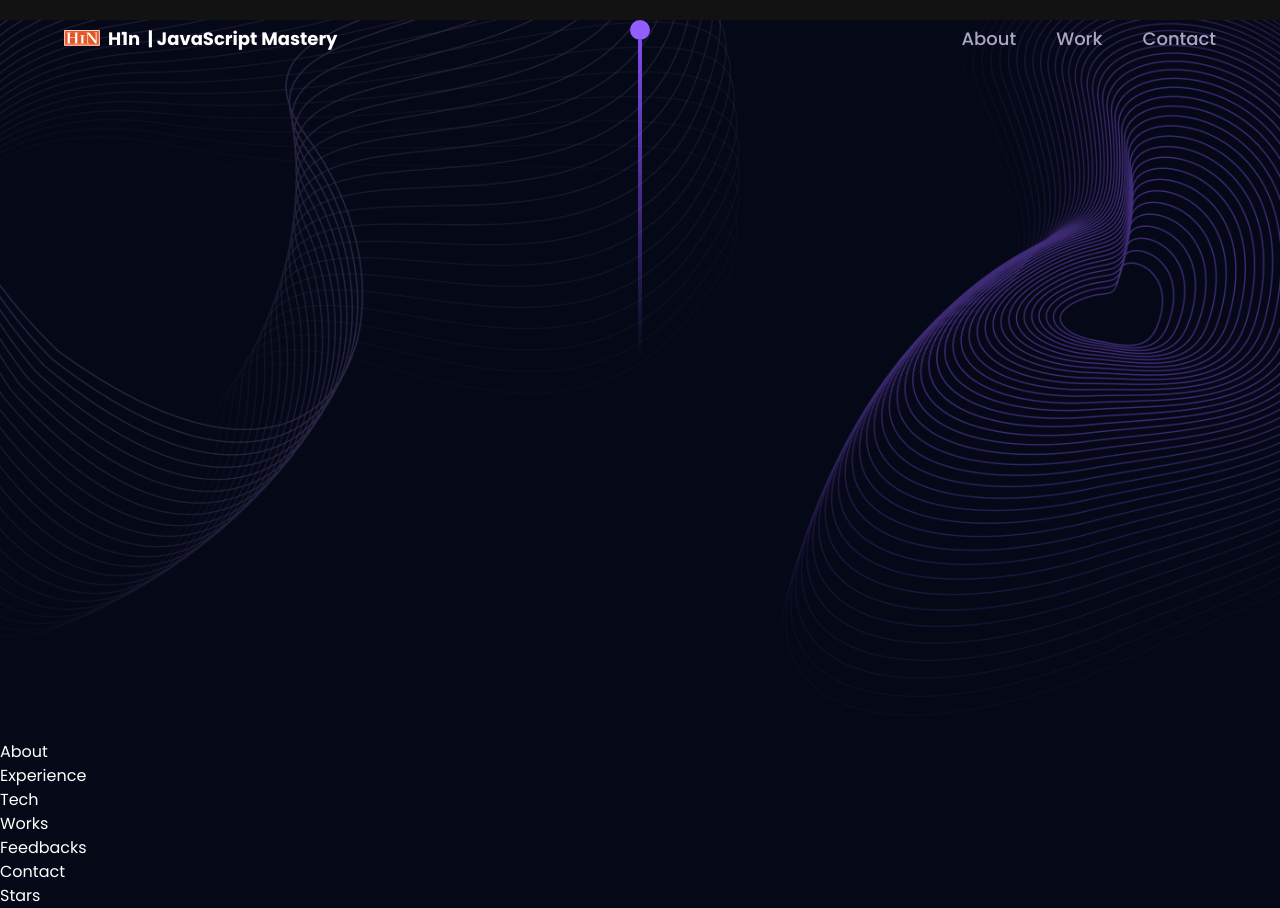
Repository: truonghuynhquy/3D_Portfolio
Page: /
These files come from the project's save history. The page is drawn as it stood at one moment and after the next save; the edit follows.
The browser window is 1280 px wide. The pictures show the whole page.
The project was rebuilt for these pictures with package versions that can differ from the ones it lists, and the page was loaded fresh each time. Also part of the build but not shown: vite.config.js, src/components/canvas/Earth.jsx, src/components/canvas/Ball.jsx, src/components/canvas/Computers.jsx. Imported but missing from the stored project, and not drawn on this page: src/components/hoc, src/components/styles, src/components/utils/motion.

Above is the page before, as saved 2023-04-09 00:46:26.

### index.html
<!DOCTYPE html>
<html lang="en">
  <head>
    <meta charset="UTF-8" />
    <link rel="icon" type="image/svg+xml" href="/src/assets/logo.svg" />
    <meta name="viewport" content="width=device-width, initial-scale=1.0" />
    <title>H1n | Portfolio</title>
  </head>
  <body>
    <div id="root"></div>
    <script type="module" src="/src/main.jsx"></script>
  </body>
</html>

### src/App.jsx
import { BrowserRouter } from "react-router-dom";

import {
    About,
    Contact,
    Experience,
    Feedbacks,
    Hero,
    Navbar,
    Tech,
    Works,
    StarsCanvas,
} from "./components";

const App = () => {
    return (
        <BrowserRouter>
            <div className="relative z-0 bg-primary">
                <div className="bg-hero-pattern bg-cover bg-no-repeat bg-center h-screen">
                    <Navbar />
                    <Hero />
                </div>
                <About />
                <Experience />
                <Tech />
                <Works />
                <Feedbacks />
                <div className="relative z-0">
                    <Contact />
                    <StarsCanvas />
                </div>
            </div>
        </BrowserRouter>
    );
};

export default App;

### src/index.css
@import url("https://fonts.googleapis.com/css2?family=Poppins:wght@100;200;300;400;500;600;700;800;900&display=swap");

@tailwind base;
@tailwind components;
@tailwind utilities;

* {
    margin: 0;
    padding: 0;
    box-sizing: border-box;
    font-family: "Poppins", sans-serif;
    scroll-behavior: smooth;
    color-scheme: dark;
}

.hash-span {
    margin-top: -100px;
    padding-bottom: 100px;
    display: block;
}

.black-gradient {
    background: #000000; /* fallback for old browsers */
    background: -webkit-linear-gradient(
        to right,
        #434343,
        #000000
    ); /* Chrome 10-25, Safari 5.1-6 */
    background: linear-gradient(
        to right,
        #434343,
        #000000
    ); /* W3C, IE 10+/ Edge, Firefox 16+, Chrome 26+, Opera 12+, Safari 7+ */
}

.violet-gradient {
    background: #804dee;
    background: linear-gradient(-90deg, #804dee 0%, rgba(60, 51, 80, 0) 100%);
    background: -webkit-linear-gradient(
        -90deg,
        #804dee 0%,
        rgba(60, 51, 80, 0) 100%
    );
}

.green-pink-gradient {
    background: "#00cea8";
    background: linear-gradient(90.13deg, #00cea8 1.9%, #bf61ff 97.5%);
    background: -webkit-linear-gradient(-90.13deg, #00cea8 1.9%, #bf61ff 97.5%);
}

.orange-text-gradient {
    background: #f12711; /* fallback for old browsers */
    background: -webkit-linear-gradient(
        to top,
        #f12711,
        #f5af19
    ); /* Chrome 10-25, Safari 5.1-6 */
    background: linear-gradient(
        to top,
        #f12711,
        #f5af19
    ); /* W3C, IE 10+/ Edge, Firefox 16+, Chrome 26+, Opera 12+, Safari 7+ */
    -webkit-background-clip: text;
    -webkit-text-fill-color: transparent;
}

.green-text-gradient {
    background: #11998e; /* fallback for old browsers */
    background: -webkit-linear-gradient(
        to top,
        #11998e,
        #38ef7d
    ); /* Chrome 10-25, Safari 5.1-6 */
    background: linear-gradient(
        to top,
        #11998e,
        #38ef7d
    ); /* W3C, IE 10+/ Edge, Firefox 16+, Chrome 26+, Opera 12+, Safari 7+ */
    -webkit-background-clip: text;
    -webkit-text-fill-color: transparent;
}

.blue-text-gradient {
    /* background: -webkit-linear-gradient(#eee, #333); */
    background: #56ccf2; /* fallback for old browsers */
    background: -webkit-linear-gradient(
        to top,
        #2f80ed,
        #56ccf2
    ); /* Chrome 10-25, Safari 5.1-6 */
    background: linear-gradient(
        to top,
        #2f80ed,
        #56ccf2
    ); /* W3C, IE 10+/ Edge, Firefox 16+, Chrome 26+, Opera 12+, Safari 7+ */
    -webkit-background-clip: text;
    -webkit-text-fill-color: transparent;
}

.pink-text-gradient {
    background: #ec008c; /* fallback for old browsers */
    background: -webkit-linear-gradient(
        to top,
        #ec008c,
        #fc6767
    ); /* Chrome 10-25, Safari 5.1-6 */
    background: linear-gradient(
        to top,
        #ec008c,
        #fc6767
    ); /* W3C, IE 10+/ Edge, Firefox 16+, Chrome 26+, Opera 12+, Safari 7+ */
    -webkit-background-clip: text;
    -webkit-text-fill-color: transparent;
}

/* canvas- styles */
.canvas-loader {
    font-size: 10px;
    width: 1em;
    height: 1em;
    border-radius: 50%;
    position: relative;
    text-indent: -9999em;
    animation: mulShdSpin 1.1s infinite ease;
    transform: translateZ(0);
}

@keyframes mulShdSpin {
    0%,
    100% {
        box-shadow: 0em -2.6em 0em 0em #ffffff,
            1.8em -1.8em 0 0em rgba(255, 255, 255, 0.2),
            2.5em 0em 0 0em rgba(255, 255, 255, 0.2),
            1.75em 1.75em 0 0em rgba(255, 255, 255, 0.2),
            0em 2.5em 0 0em rgba(255, 255, 255, 0.2),
            -1.8em 1.8em 0 0em rgba(255, 255, 255, 0.2),
            -2.6em 0em 0 0em rgba(255, 255, 255, 0.5),
            -1.8em -1.8em 0 0em rgba(255, 255, 255, 0.7);
    }
    12.5% {
        box-shadow: 0em -2.6em 0em 0em rgba(255, 255, 255, 0.7),
            1.8em -1.8em 0 0em #ffffff, 2.5em 0em 0 0em rgba(255, 255, 255, 0.2),
            1.75em 1.75em 0 0em rgba(255, 255, 255, 0.2),
            0em 2.5em 0 0em rgba(255, 255, 255, 0.2),
            -1.8em 1.8em 0 0em rgba(255, 255, 255, 0.2),
            -2.6em 0em 0 0em rgba(255, 255, 255, 0.2),
            -1.8em -1.8em 0 0em rgba(255, 255, 255, 0.5);
    }
    25% {
        box-shadow: 0em -2.6em 0em 0em rgba(255, 255, 255, 0.5),
            1.8em -1.8em 0 0em rgba(255, 255, 255, 0.7), 2.5em 0em 0 0em #ffffff,
            1.75em 1.75em 0 0em rgba(255, 255, 255, 0.2),
            0em 2.5em 0 0em rgba(255, 255, 255, 0.2),
            -1.8em 1.8em 0 0em rgba(255, 255, 255, 0.2),
            -2.6em 0em 0 0em rgba(255, 255, 255, 0.2),
            -1.8em -1.8em 0 0em rgba(255, 255, 255, 0.2);
    }
    37.5% {
        box-shadow: 0em -2.6em 0em 0em rgba(255, 255, 255, 0.2),
            1.8em -1.8em 0 0em rgba(255, 255, 255, 0.5),
            2.5em 0em 0 0em rgba(255, 255, 255, 0.7),
            1.75em 1.75em 0 0em #ffffff,
            0em 2.5em 0 0em rgba(255, 255, 255, 0.2),
            -1.8em 1.8em 0 0em rgba(255, 255, 255, 0.2),
            -2.6em 0em 0 0em rgba(255, 255, 255, 0.2),
            -1.8em -1.8em 0 0em rgba(255, 255, 255, 0.2);
    }
    50% {
        box-shadow: 0em -2.6em 0em 0em rgba(255, 255, 255, 0.2),
            1.8em -1.8em 0 0em rgba(255, 255, 255, 0.2),
            2.5em 0em 0 0em rgba(255, 255, 255, 0.5),
            1.75em 1.75em 0 0em rgba(255, 255, 255, 0.7),
            0em 2.5em 0 0em #ffffff, -1.8em 1.8em 0 0em rgba(255, 255, 255, 0.2),
            -2.6em 0em 0 0em rgba(255, 255, 255, 0.2),
            -1.8em -1.8em 0 0em rgba(255, 255, 255, 0.2);
    }
    62.5% {
        box-shadow: 0em -2.6em 0em 0em rgba(255, 255, 255, 0.2),
            1.8em -1.8em 0 0em rgba(255, 255, 255, 0.2),
            2.5em 0em 0 0em rgba(255, 255, 255, 0.2),
            1.75em 1.75em 0 0em rgba(255, 255, 255, 0.5),
            0em 2.5em 0 0em rgba(255, 255, 255, 0.7), -1.8em 1.8em 0 0em #ffffff,
            -2.6em 0em 0 0em rgba(255, 255, 255, 0.2),
            -1.8em -1.8em 0 0em rgba(255, 255, 255, 0.2);
    }
    75% {
        box-shadow: 0em -2.6em 0em 0em rgba(255, 255, 255, 0.2),
            1.8em -1.8em 0 0em rgba(255, 255, 255, 0.2),
            2.5em 0em 0 0em rgba(255, 255, 255, 0.2),
            1.75em 1.75em 0 0em rgba(255, 255, 255, 0.2),
            0em 2.5em 0 0em rgba(255, 255, 255, 0.5),
            -1.8em 1.8em 0 0em rgba(255, 255, 255, 0.7),
            -2.6em 0em 0 0em #ffffff,
            -1.8em -1.8em 0 0em rgba(255, 255, 255, 0.2);
    }
    87.5% {
        box-shadow: 0em -2.6em 0em 0em rgba(255, 255, 255, 0.2),
            1.8em -1.8em 0 0em rgba(255, 255, 255, 0.2),
            2.5em 0em 0 0em rgba(255, 255, 255, 0.2),
            1.75em 1.75em 0 0em rgba(255, 255, 255, 0.2),
            0em 2.5em 0 0em rgba(255, 255, 255, 0.2),
            -1.8em 1.8em 0 0em rgba(255, 255, 255, 0.5),
            -2.6em 0em 0 0em rgba(255, 255, 255, 0.7),
            -1.8em -1.8em 0 0em #ffffff;
    }
}

### src/components/Hero.jsx
import { motion } from "framer-motion";

import { styles } from "../styles";
import { ComputersCanvas } from "./canvas";

const Hero = () => {
    return (
        <section className={`relative w-full h-screen mx-auto`}>
            <div
                className={`absolute inset-0 top-[120px] max-w-7xl mx-auto ${styles.paddingX} flex flex-row items-start gap-5`}
            ></div>
            <div className="flex flex-col justify-center items-center mt-5">
                <div className="w-5 h-5 rounded-full bg-[#915EFF]" />
                <div className="w-1 sm:h-80 h-40 violet-gradient" />
            </div>

            <div>
                <h1 className={`${styles.heroHeadText} text-white`}></h1>
            </div>
        </section>
    );
};

export default Hero;

### src/components/Navbar.jsx
import React, { useEffect, useState } from "react";
import { Link } from "react-router-dom";

import { styles } from "../styles";
import { navLinks } from "../constants";
import { logo, menu, close } from "../assets";

const Navbar = () => {
    const [active, setActive] = useState("");
    const [toggle, setToggle] = useState(false);
    const [scrolled, setScrolled] = useState(false);

    useEffect(() => {
        const handleScroll = () => {
            const scrollTop = window.scrollY;
            if (scrollTop > 100) {
                setScrolled(true);
            } else {
                setScrolled(false);
            }
        };

        window.addEventListener("scroll", handleScroll);

        return () => window.removeEventListener("scroll", handleScroll);
    }, []);

    return (
        <nav
            className={`${
                styles.paddingX
            } w-full flex items-center py-5 fixed top-0 z-20 ${
                scrolled ? "bg-primary" : "bg-transparent"
            }`}
        >
            <div className="w-full flex justify-between items-center max-w-7xl mx-auto">
                <Link
                    to="/"
                    className="flex items-center gap-2"
                    onClick={() => {
                        setActive("");
                        window.scrollTo(0, 0);
                    }}
                >
                    <img
                        src={logo}
                        alt="logo"
                        className="w-9 h-9 object-contain"
                    />
                    <p className="text-white text-[18px] font-bold cursor-pointer flex ">
                        H1n &nbsp;
                        <span className="sm:block hidden">
                            | JavaScript Mastery
                        </span>
                    </p>
                </Link>

                <ul className="list-none hidden sm:flex flex-row gap-10">
                    {navLinks.map((nav) => (
                        <li
                            key={nav.id}
                            className={`${
                                active === nav.title
                                    ? "text-white"
                                    : "text-secondary"
                            } hover:text-white text-[18px] font-medium cursor-pointer`}
                            onClick={() => setActive(nav.title)}
                        >
                            <a href={`#${nav.id}`}>{nav.title}</a>
                        </li>
                    ))}
                </ul>

                <div className="sm:hidden flex flex-1 justify-end items-center">
                    <img
                        src={toggle ? close : menu}
                        alt="menu"
                        className="w-[28px] h-[28px] object-contain"
                        onClick={() => setToggle(!toggle)}
                    />

                    <div
                        className={`${
                            !toggle ? "hidden" : "flex"
                        } p-6 black-gradient absolute top-20 right-0 mx-4 my-2 min-w-[140px] z-10 rounded-xl`}
                    >
                        <ul className="list-none flex justify-end items-start flex-1 flex-col gap-4">
                            {navLinks.map((nav) => (
                                <li
                                    key={nav.id}
                                    className={`font-poppins font-medium cursor-pointer text-[16px] ${
                                        active === nav.title
                                            ? "text-white"
                                            : "text-secondary"
                                    }`}
                                    onClick={() => {
                                        setToggle(!toggle);
                                        setActive(nav.title);
                                    }}
                                >
                                    <a href={`#${nav.id}`}>{nav.title}</a>
                                </li>
                            ))}
                        </ul>
                    </div>
                </div>
            </div>
        </nav>
    );
};

export default Navbar;

### src/constants/index.js
import {
  mobile,
  backend,
  creator,
  web,
  javascript,
  typescript,
  html,
  css,
  reactjs,
  redux,
  tailwind,
  nodejs,
  mongodb,
  git,
  figma,
  docker,
  meta,
  starbucks,
  tesla,
  shopify,
  carrent,
  jobit,
  tripguide,
  threejs,
} from "../assets";

export const navLinks = [
  {
    id: "about",
    title: "About",
  },
  {
    id: "work",
    title: "Work",
  },
  {
    id: "contact",
    title: "Contact",
  },
];

const services = [
  {
    title: "Web Developer",
    icon: web,
  },
  {
    title: "React Native Developer",
    icon: mobile,
  },
  {
    title: "Backend Developer",
    icon: backend,
  },
  {
    title: "Content Creator",
    icon: creator,
  },
];

const technologies = [
  {
    name: "HTML 5",
    icon: html,
  },
  {
    name: "CSS 3",
    icon: css,
  },
  {
    name: "JavaScript",
    icon: javascript,
  },
  {
    name: "TypeScript",
    icon: typescript,
  },
  {
    name: "React JS",
    icon: reactjs,
  },
  {
    name: "Redux Toolkit",
    icon: redux,
  },
  {
    name: "Tailwind CSS",
    icon: tailwind,
  },
  {
    name: "Node JS",
    icon: nodejs,
  },
  {
    name: "MongoDB",
    icon: mongodb,
  },
  {
    name: "Three JS",
    icon: threejs,
  },
  {
    name: "git",
    icon: git,
  },
  {
    name: "figma",
    icon: figma,
  },
  {
    name: "docker",
    icon: docker,
  },
];

const experiences = [
  {
    title: "React.js Developer",
    company_name: "Starbucks",
    icon: starbucks,
    iconBg: "#383E56",
    date: "March 2020 - April 2021",
    points: [
      "Developing and maintaining web applications using React.js and other related technologies.",
      "Collaborating with cross-functional teams including designers, product managers, and other developers to create high-quality products.",
      "Implementing responsive design and ensuring cross-browser compatibility.",
      "Participating in code reviews and providing constructive feedback to other developers.",
    ],
  },
  {
    title: "React Native Developer",
    company_name: "Tesla",
    icon: tesla,
    iconBg: "#E6DEDD",
    date: "Jan 2021 - Feb 2022",
    points: [
      "Developing and maintaining web applications using React.js and other related technologies.",
      "Collaborating with cross-functional teams including designers, product managers, and other developers to create high-quality products.",
      "Implementing responsive design and ensuring cross-browser compatibility.",
      "Participating in code reviews and providing constructive feedback to other developers.",
    ],
  },
  {
    title: "Web Developer",
    company_name: "Shopify",
    icon: shopify,
    iconBg: "#383E56",
    date: "Jan 2022 - Jan 2023",
    points: [
      "Developing and maintaining web applications using React.js and other related technologies.",
      "Collaborating with cross-functional teams including designers, product managers, and other developers to create high-quality products.",
      "Implementing responsive design and ensuring cross-browser compatibility.",
      "Participating in code reviews and providing constructive feedback to other developers.",
    ],
  },
  {
    title: "Full stack Developer",
    company_name: "Meta",
    icon: meta,
    iconBg: "#E6DEDD",
    date: "Jan 2023 - Present",
    points: [
      "Developing and maintaining web applications using React.js and other related technologies.",
      "Collaborating with cross-functional teams including designers, product managers, and other developers to create high-quality products.",
      "Implementing responsive design and ensuring cross-browser compatibility.",
      "Participating in code reviews and providing constructive feedback to other developers.",
    ],
  },
];

const testimonials = [
  {
    testimonial:
      "I thought it was impossible to make a website as beautiful as our product, but Rick proved me wrong.",
    name: "Sara Lee",
    designation: "CFO",
    company: "Acme Co",
    image: "https://randomuser.me/api/portraits/women/4.jpg",
  },
  {
    testimonial:
      "I've never met a web developer who truly cares about their clients' success like Rick does.",
    name: "Chris Brown",
    designation: "COO",
    company: "DEF Corp",
    image: "https://randomuser.me/api/portraits/men/5.jpg",
  },
  {
    testimonial:
      "After Rick optimized our website, our traffic increased by 50%. We can't thank them enough!",
    name: "Lisa Wang",
    designation: "CTO",
    company: "456 Enterprises",
    image: "https://randomuser.me/api/portraits/women/6.jpg",
  },
];

const projects = [
  {
    name: "Car Rent",
    description:
      "Web-based platform that allows users to search, book, and manage car rentals from various providers, providing a convenient and efficient solution for transportation needs.",
    tags: [
      {
        name: "react",
        color: "blue-text-gradient",
      },
      {
        name: "mongodb",
        color: "green-text-gradient",
      },
      {
        name: "tailwind",
        color: "pink-text-gradient",
      },
    ],
    image: carrent,
    source_code_link: "https://github.com/",
  },
  {
    name: "Job IT",
    description:
      "Web application that enables users to search for job openings, view estimated salary ranges for positions, and locate available jobs based on their current location.",
    tags: [
      {
        name: "react",
        color: "blue-text-gradient",
      },
      {
        name: "restapi",
        color: "green-text-gradient",
      },
      {
        name: "scss",
        color: "pink-text-gradient",
      },
    ],
    image: jobit,
    source_code_link: "https://github.com/",
  },
  {
    name: "Trip Guide",
    description:
      "A comprehensive travel booking platform that allows users to book flights, hotels, and rental cars, and offers curated recommendations for popular destinations.",
    tags: [
      {
        name: "nextjs",
        color: "blue-text-gradient",
      },
      {
        name: "supabase",
        color: "green-text-gradient",
      },
      {
        name: "css",
        color: "pink-text-gradient",
      },
    ],
    image: tripguide,
    source_code_link: "https://github.com/",
  },
];

export { services, technologies, experiences, testimonials, projects };

### src/assets/index.js
import logo from "./logo.svg";
import backend from "./backend.png";
import creator from "./creator.png";
import mobile from "./mobile.png";
import web from "./web.png";
import github from "./github.png";
import menu from "./menu.svg";
import close from "./close.svg";

import css from "./tech/css.png";
import docker from "./tech/docker.png";
import figma from "./tech/figma.png";
import git from "./tech/git.png";
import html from "./tech/html.png";
import javascript from "./tech/javascript.png";
import mongodb from "./tech/mongodb.png";
import nodejs from "./tech/nodejs.png";
import reactjs from "./tech/reactjs.png";
import redux from "./tech/redux.png";
import tailwind from "./tech/tailwind.png";
import typescript from "./tech/typescript.png";
import threejs from "./tech/threejs.svg";

import meta from "./company/meta.png";
import shopify from "./company/shopify.png";
import starbucks from "./company/starbucks.png";
import tesla from "./company/tesla.png";

import carrent from "./carrent.png";
import jobit from "./jobit.png";
import tripguide from "./tripguide.png";

export {
  logo,
  backend,
  creator,
  mobile,
  web,
  github,
  menu,
  close,
  css,
  docker,
  figma,
  git,
  html,
  javascript,
  mongodb,
  nodejs,
  reactjs,
  redux,
  tailwind,
  typescript,
  threejs,
  meta,
  shopify,
  starbucks,
  tesla,
  carrent,
  jobit,
  tripguide,
};

### tailwind.config.js
/** @type {import('tailwindcss').Config} */
module.exports = {
    content: ["./src/**/*.{js,jsx}"],
    mode: "jit",
    theme: {
        extend: {
            colors: {
                primary: "#050816",
                secondary: "#aaa6c3",
                tertiary: "#151030",
                "black-100": "#100d25",
                "black-200": "#090325",
                "white-100": "#f3f3f3",
            },
            boxShadow: {
                card: "0px 35px 120px -15px #211e35",
            },
            screens: {
                xs: "450px",
            },
            backgroundImage: {
                "hero-pattern": "url('/src/assets/herobg.png')",
            },
        },
    },
    plugins: [],
};

Loaded but not shown: src/main.jsx (common file); src/components/index.js (common file); src/components/canvas/index.js (common file); src/components/About.jsx (common file); src/components/Tech.jsx (common file); src/components/Experience.jsx (common file); src/components/Works.jsx (common file); src/components/Feedbacks.jsx (common file); src/components/Contact.jsx (common file); src/components/canvas/Stars.jsx (common file); src/styles.js (common file)

After the next save:
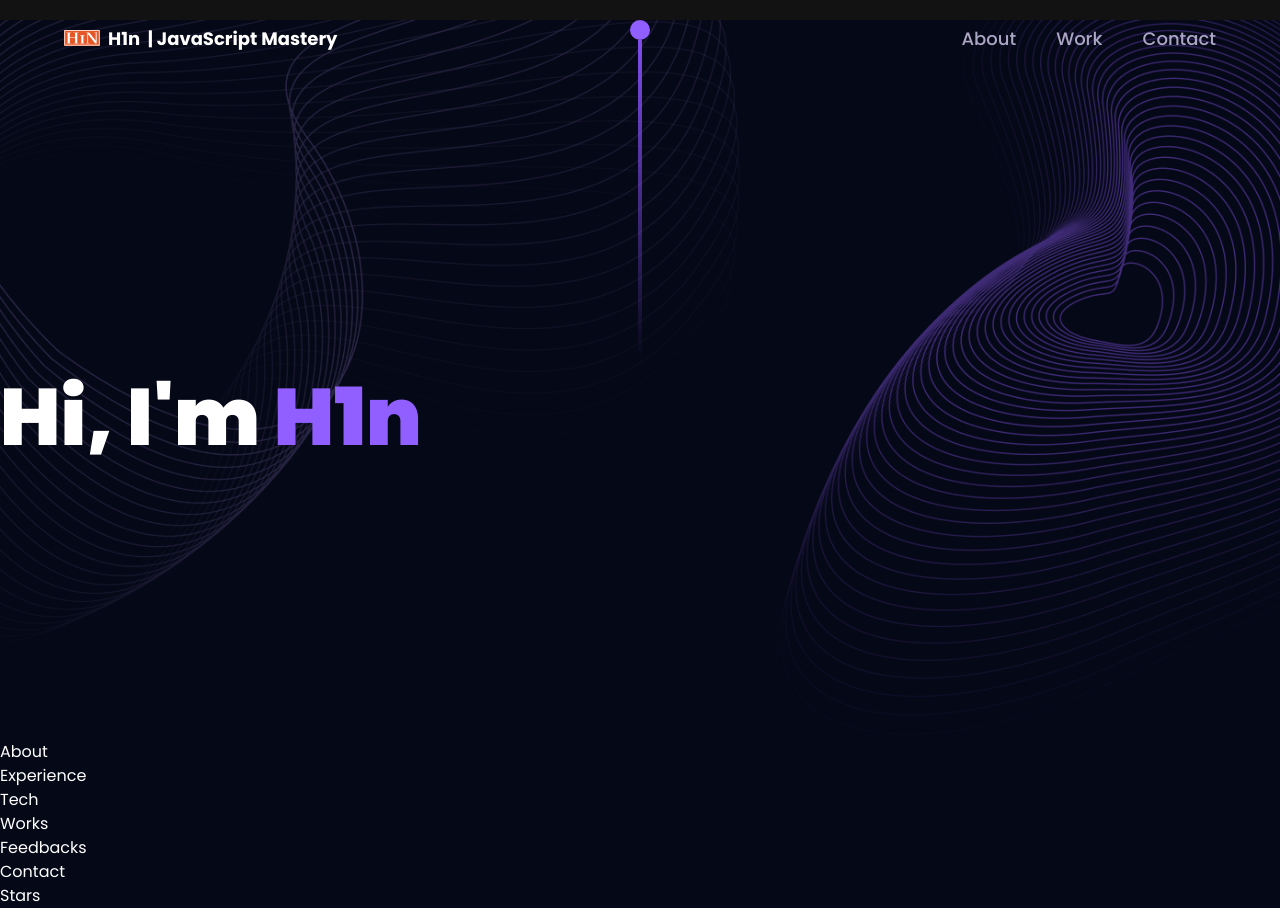
Saved 70 s later.
--- a/src/components/Hero.jsx
+++ b/src/components/Hero.jsx
@@ -15,7 +15,9 @@
             </div>
 
             <div>
-                <h1 className={`${styles.heroHeadText} text-white`}></h1>
+                <h1 className={`${styles.heroHeadText} text-white`}>
+                    Hi, I'm <span className="text-[#915EFF]">H1n</span>
+                </h1>
             </div>
         </section>
     );
